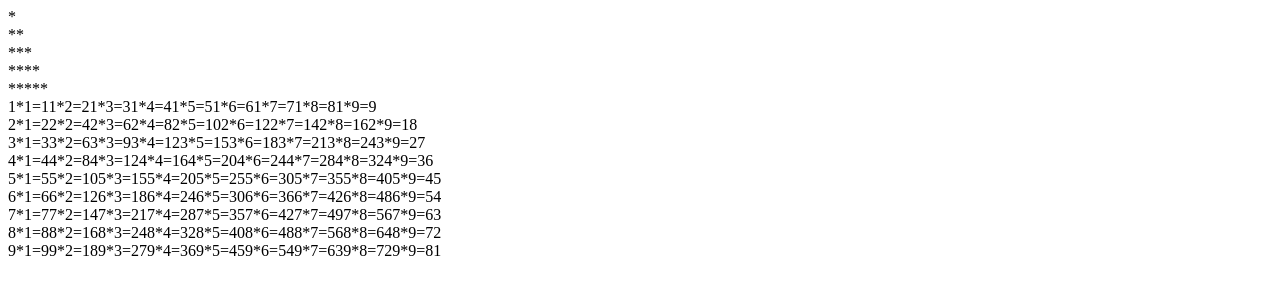
Repository: w441813542/webrecord
Page: JavaScript部分/20for循环练习.html
These files come from the project's save history. The page is drawn as it stood at one moment and after the next save; the edit follows.
The browser window is 1280 px wide. The pictures show the whole page.

Above is the page before, as saved 2021-03-18 10:36:46.

### JavaScript部分/20for循环练习.html
<html lang="en">

<head>
    <meta charset="UTF-8">
    <meta http-equiv="X-UA-Compatible" content="IE=edge">
    <meta name="viewport" content="width= , initial-scale=1.0">
    <title>Document</title>
    <script type="text/javascript">
        /**

        输出：
          *
          **
          ***
          ****
          *****
        */
        for (var i = 1; i <= 5; i++) {
            for (var j = 0; j < i; j++) {
                document.write("*");
            }
            document.write("<br/>");
        }

        /**
         * 打印九九乘法表
         */

        for (var i = 1; i <= 9; i++) {
           for(var j = 1; j<=9;j++)
           {
               document.write(i+"*"+j +"="+(i*j));
           }
           document.write("<br/>");
        }
    </script>
</head>

<body>
</body>

</html>

After the next save:
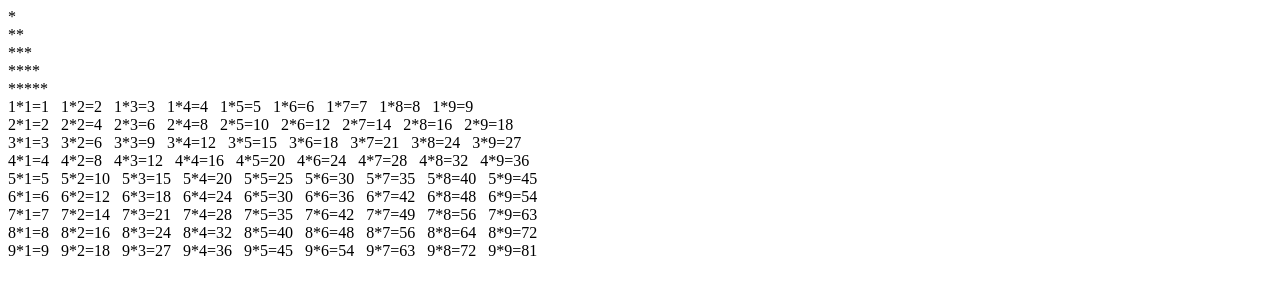
Saved 50 s later.
--- a/JavaScript部分/20for循环练习.html
+++ b/JavaScript部分/20for循环练习.html
@@ -29,7 +29,7 @@
         for (var i = 1; i <= 9; i++) {
            for(var j = 1; j<=9;j++)
            {
-               document.write(i+"*"+j +"="+(i*j));
+               document.write(i+"*"+j +"="+(i*j) + "&nbsp;&nbsp;&nbsp;");
            }
            document.write("<br/>");
         }
